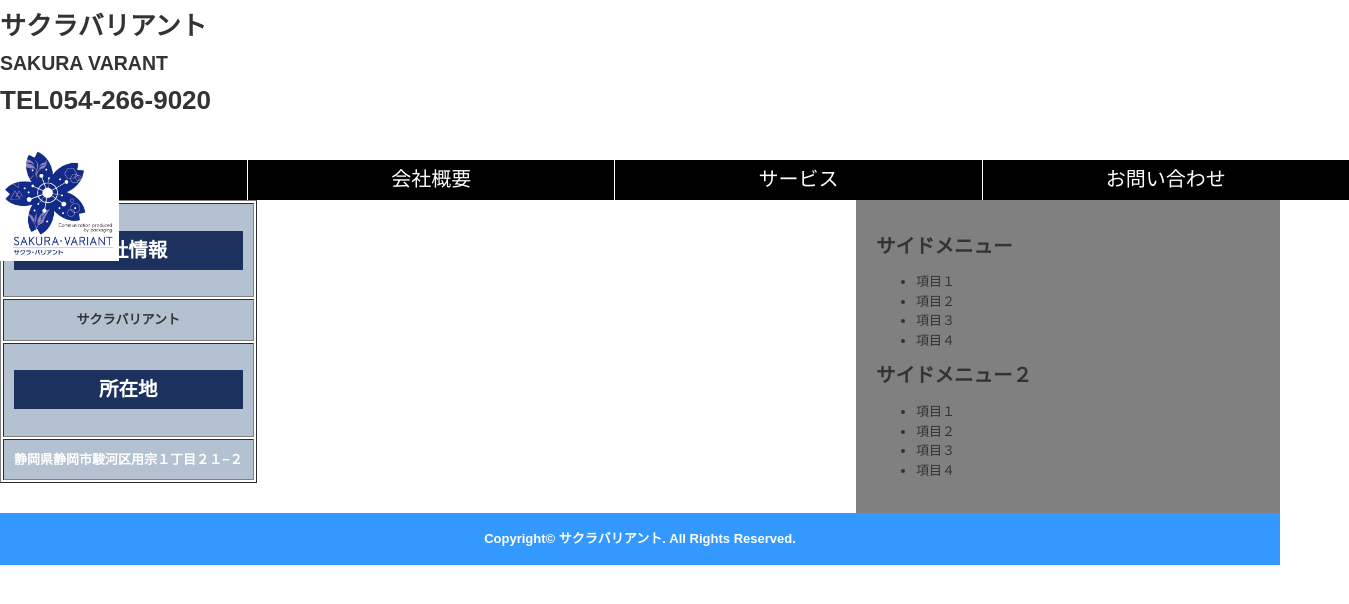
Repository: sakusyou69/homepage
Page: index.java3.html
The author's editor kept a record of every edit. The page is drawn from the files as they stood at one moment, then again after the next edit.
The browser window is 1280 px wide. The page is 1349 px wide, so the pictures cover 1349 px, including what lies to the right of the window. The pictures show the whole page.

Above is the page before.

After the next edit:
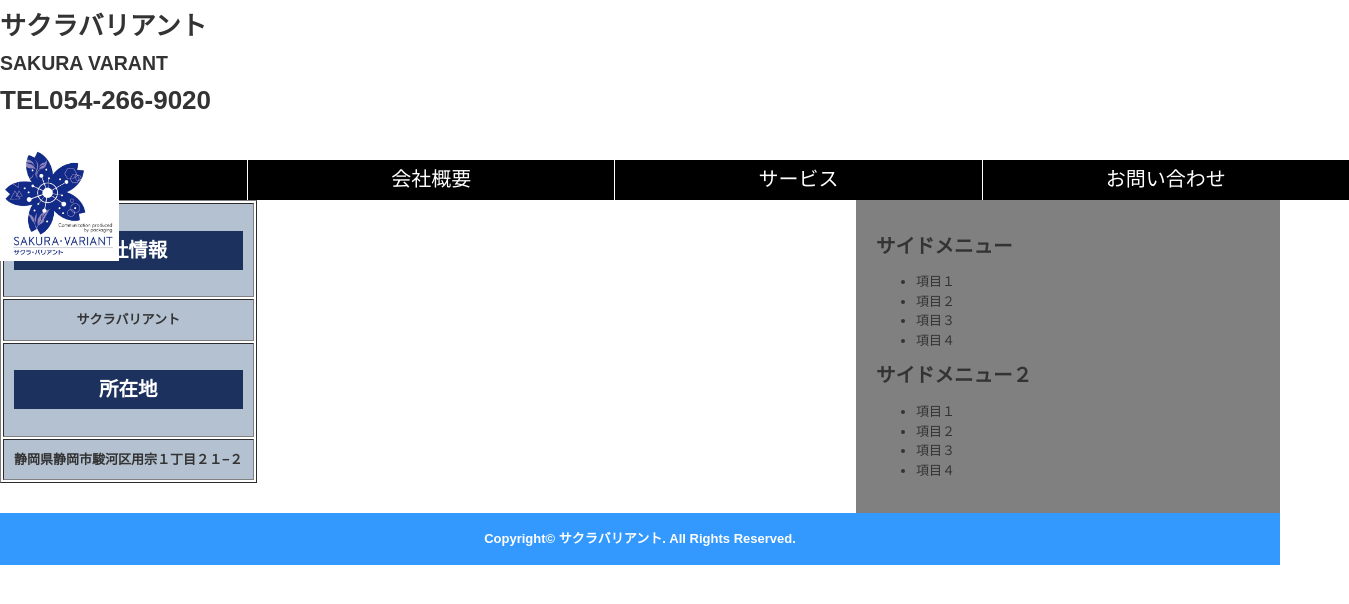
The edit:
--- a/index.java3.html
+++ b/index.java3.html
@@ -63,9 +63,9 @@
         </tr>
         <tr>
             <th><h2><font color="white">所在地</font></h2></th>
-            <tr>
-            <th><font color="white">静岡県静岡市駿河区用宗１丁目２１−２</font></th>
-            <tb></tb>
+            </tr>
+            <th>静岡県静岡市駿河区用宗１丁目２１−２</th>
+            </tb>
         </tr>
     </table>
 
